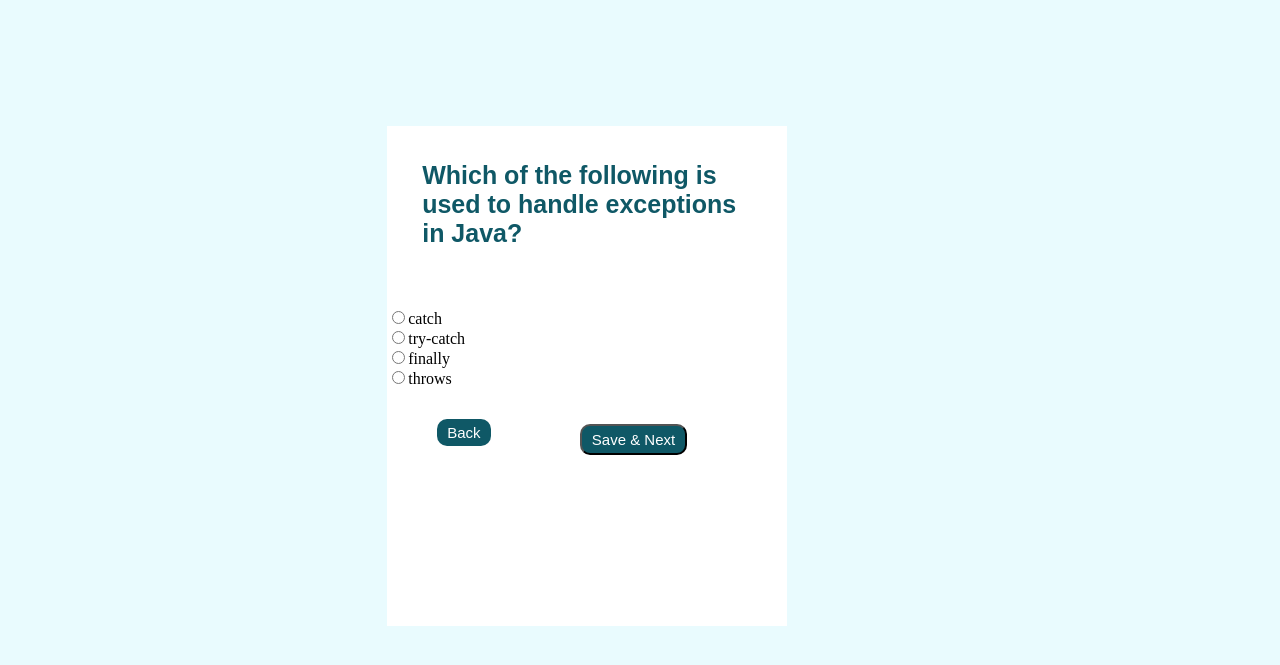
Repository: Rupali-8062Chourasiya5279/Internship_Task_Rupali
Page: Programming Language/quiz/QuizApp/src/main/webapp/First.html
An editor plug-in stored every save of this project. The page is shown before and after the next save, followed by the edit.
The browser window is 1280 px wide. The pictures show the whole page.

Above is the page before, as saved 2025-01-24 13:43:40.

### Programming Language/quiz/QuizApp/src/main/webapp/First.html
<!DOCTYPE html>
<html>
<head>
<meta charset="UTF-8">
<title>Que1</title>
<style>
body
{
background-color: #7ce0f4;
}
#div1
{
background-color: white;
height :500px ;
width : 400px;
margin-left: 30%;
margin-top: 10%;
}
 h3
 {
 padding:35px;
 font: bold;
 color: #0f5866;
 font-family: sans-serif;
 font-size: 25px;
 }
 #a{
 text-decoration: none;
 font: bold;
 color: white;
 background-color:#0f5866;
 font-family: sans-serif;
 padding:5px 10px 5px 10px;
 margin-left:50px;
 font-size: 15px;
 border-radius: 10px;
 }
 #sub
 {
 font: bold;
 color: white;
 background-color:#0f5866;
 font-family: sans-serif;
 float:right;
 padding:5px 10px 5px 10px;
 margin-right:100px;
 font-size: 15px;
 border-radius: 10px;
 }
 body
 {
 background-color: #e9fbfe;
 }
</style>
</head>
<body>
	<form action="First">
	<div id="div1">
	<h3>Which of the following is used to handle exceptions in Java?</h3>
	<input type="radio" name="q1" value="catch">catch</input><br>
	<input type="radio" name="q1" value="try-catch">try-catch</input><br>
	<input type="radio" name="q1" value="finally">finally</input><br>
	<input type="radio" name="q1" value="throws">throws</input><br>
	<br><br>
	<a id = "a" href="rules.html">Back</a>
	<input id = "sub" type="submit" value="Save & Next">
	</div>
	</form>
</body>
</html>

After the next save:
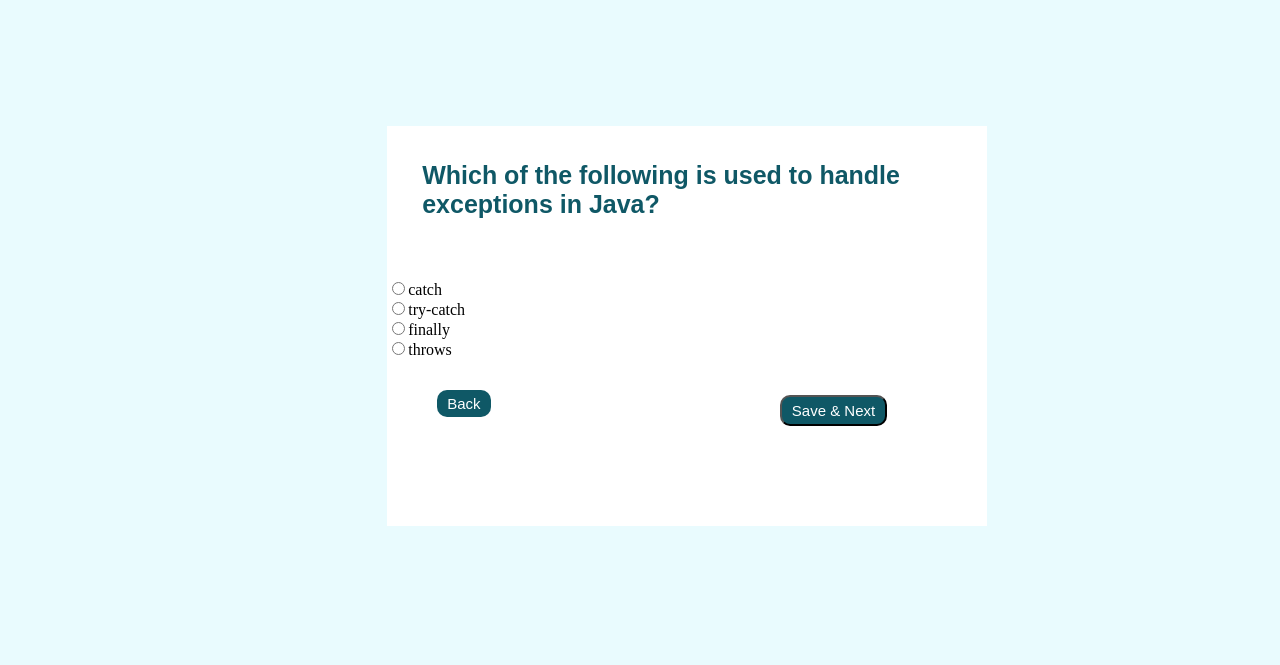
Saved 14 s later.
--- a/Programming Language/quiz/QuizApp/src/main/webapp/First.html
+++ b/Programming Language/quiz/QuizApp/src/main/webapp/First.html
@@ -11,8 +11,8 @@ background-color: #7ce0f4;
 #div1
 {
 background-color: white;
-height :500px ;
-width : 400px;
+height :400px ;
+width : 600px;
 margin-left: 30%;
 margin-top: 10%;
 }
